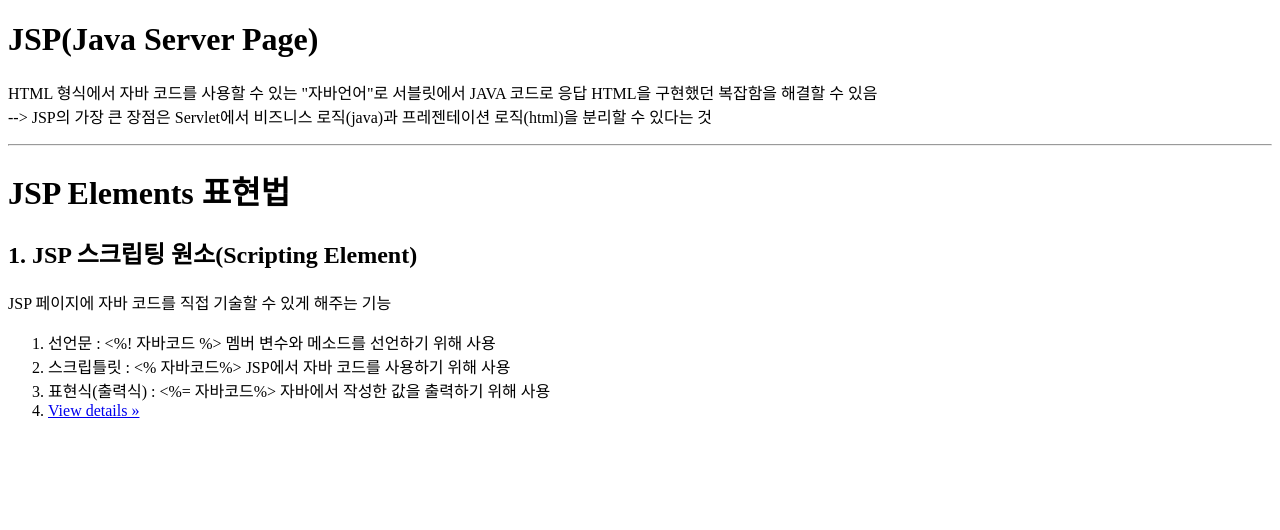
Repository: chuhj1226/servlet
Page: workspace/2_JSP/WebContent/index.html
An editor plug-in stored every save of this project. The page is shown before and after the next save, followed by the edit.
The browser window is 1280 px wide. The pictures show the whole page.

Above is the page before, as saved 2021-10-05 08:15:46.

### workspace/2_JSP/WebContent/index.html
	<!DOCTYPE html>
	<html>
	<head>
	<meta charset="UTF-8">
	<title>2_JSP</title>
	</head>
	<body>
		<h1>JSP(Java Server Page)</h1>
		<p>
			HTML 형식에서 자바 코드를 사용할 수 있는 "자바언어"로
			서블릿에서 JAVA 코드로 응답 HTML을 구현했던 복잡함을 해결할 수 있음<br>
			--> JSP의 가장 큰 장점은 Servlet에서 비즈니스 로직(java)과 프레젠테이션 로직(html)을
			분리할 수 있다는 것
		</p>

		<hr>

		<h1>JSP Elements 표현법</h1>
		<h2>1. JSP 스크립팅 원소(Scripting Element)</h2>
		<p>
			JSP 페이지에 자바 코드를 직접 기술할 수 있게 해주는 기능
		</p>
		<ol>
			<li>선언문 : &lt;%! 자바코드 %&gt;
				멤버 변수와 메소드를 선언하기 위해 사용</li>
			<li>스크립틀릿 : &lt;% 자바코드%&gt;
				JSP에서 자바 코드를 사용하기 위해 사용</li>
			<li>표현식(출력식) : &lt;%= 자바코드%&gt;
				자바에서 작성한 값을 출력하기 위해 사용</li>
			<li><a href="views/01_sum.jsp">View details &raquo;</a>
		</ol>
	</body>
	</html>

After the next save:
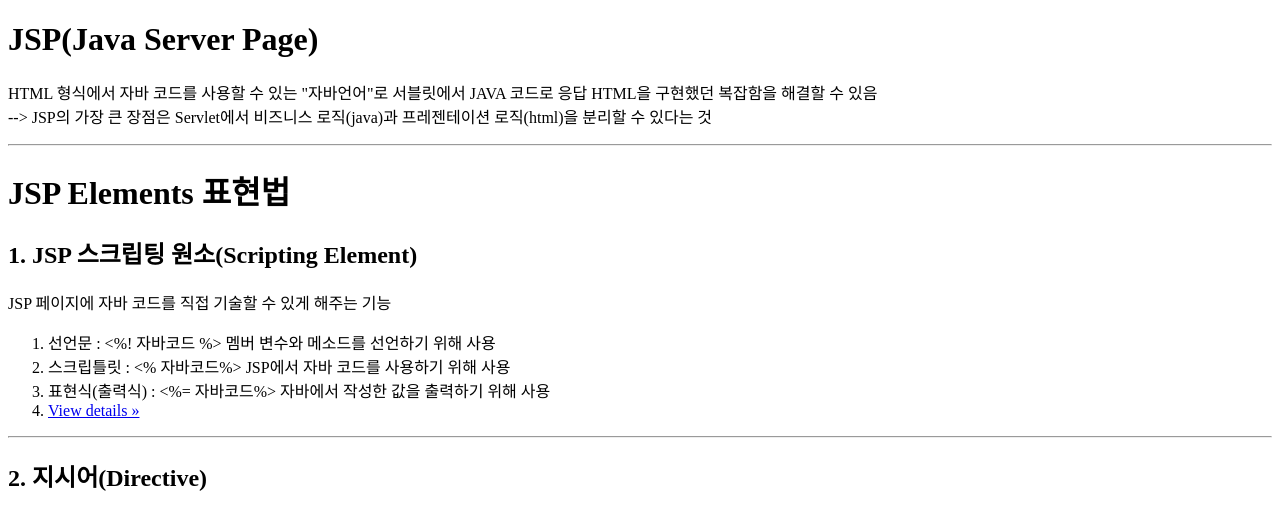
Saved 18 min 47 s later.
--- a/workspace/2_JSP/WebContent/index.html
+++ b/workspace/2_JSP/WebContent/index.html
@@ -29,5 +29,9 @@
 				자바에서 작성한 값을 출력하기 위해 사용</li>
 			<li><a href="views/01_sum.jsp">View details &raquo;</a>
 		</ol>
+
+		<hr>
+
+		<h2>2. 지시어(Directive)</h2>
 	</body>
 	</html>
